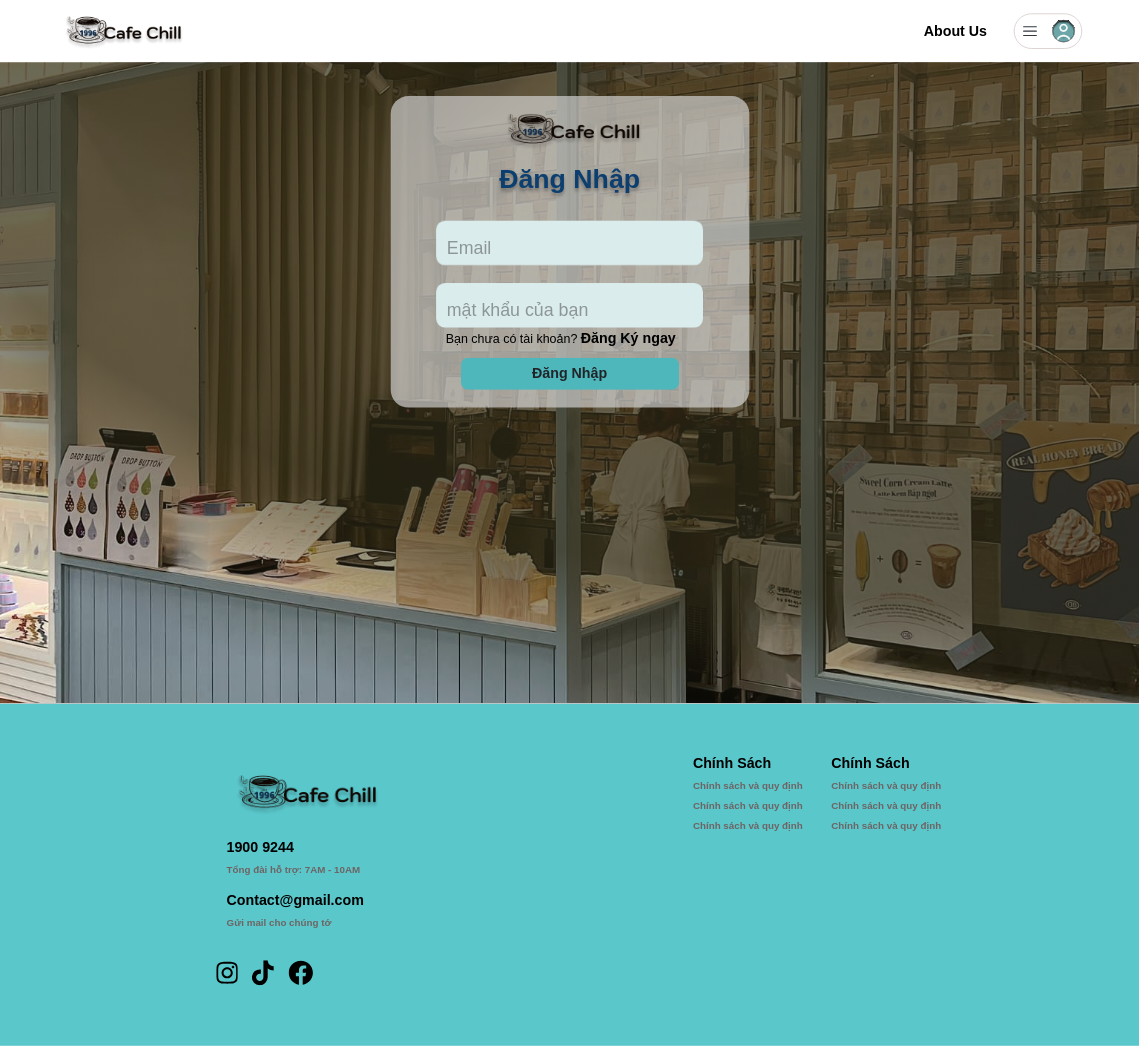
Repository: eriklehnsher/CafeReview-Vue3
Page: /#/login
An editor plug-in stored every save of this project. The page is shown before and after the next save, followed by the edit.
The browser window is 1280 px wide. The pictures show the whole page, at 89% of full size.
Backgrounds fixed to the window are drawn as part of the page. Some web fonts or font styles are not loaded; a fallback is used. The project was rebuilt for these pictures with package versions that can differ from the ones it lists, and the page was loaded fresh each time. Also part of the build but not shown: vue.config.js, src/HomePage/SearchBox.vue, src/HomePage/ListStores.vue, src/HomePage/LocateStores.vue, src/HomePage/Promos.vue, src/HomePage/HomePage.vue.

Above is the page before, as saved 2023-10-26 19:37:25.

After the next save:
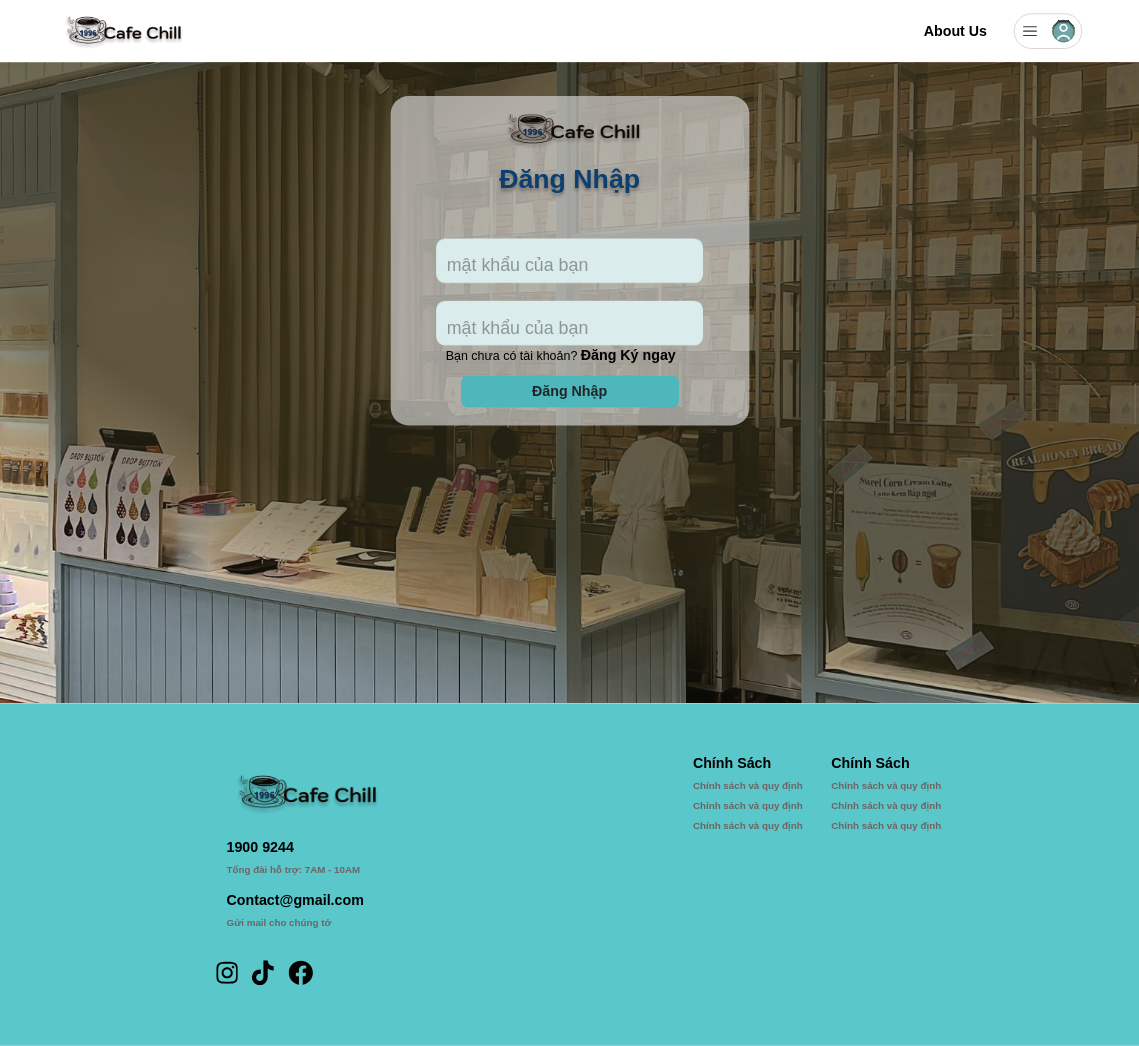
Saved 34 s later.
--- a/src/pages/LoginPage.vue
+++ b/src/pages/LoginPage.vue
@@ -9,18 +9,20 @@
           <img src="../assets/logo.png" alt="" />
           <h2 class="header-title">Đăng Nhập</h2>
 
-          <div class="input-field d-flex flex-column">
+          <div
+            class="input-field d-flex flex-column justify-content-start mt-20px"
+          >
             <input
-              type="email"
+              v-model="password"
+              type="password"
               class="input-box"
-              id="exampleInputEmail1"
+              id="exampleInputPassword1"
               required
-              v-model="email"
             />
             <label
-              for="exampleInputEmail1"
+              for="exampleInputPassword1"
               class="label__login label__login--password"
-              >Email</label
+              >mật khẩu của bạn</label
             >
           </div>
           <div
